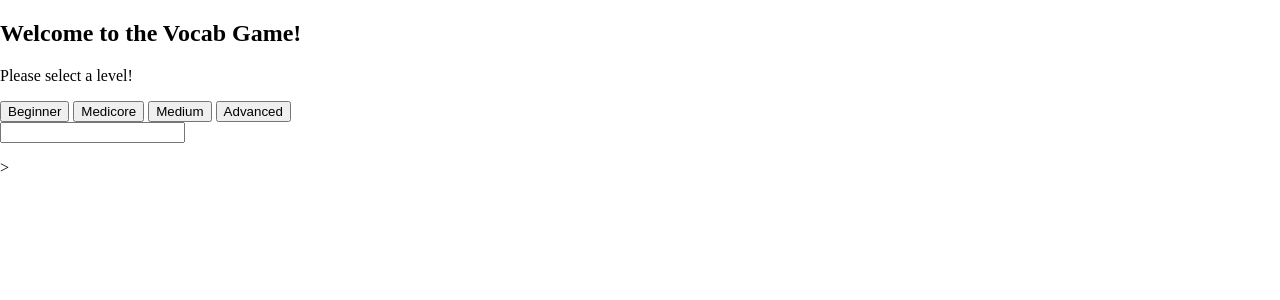
Repository: chimeconfused999/Vocabgame.github.io
Page: index.html
These files come from the project's save history. The page is drawn as it stood at one moment and after the next save; the edit follows.
The browser window is 1280 px wide. The pictures show the whole page.

Above is the page before, as saved 2022-07-09 19:11:07.
Console error: SyntaxError: Cannot use import statement outside a module

After the next save:
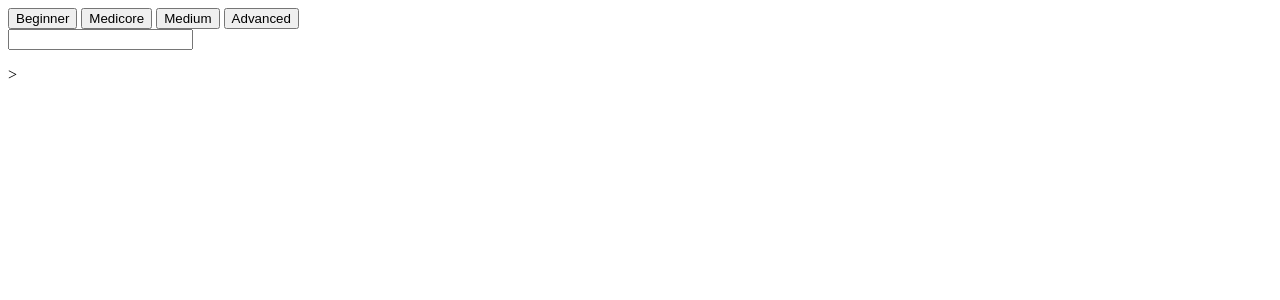
Saved 119 min 17 s later.
--- a/index.html
+++ b/index.html
@@ -8,91 +8,20 @@
     Vocab Game
 </title>
 
-<!--
-<style>
-  /* Center the loader */
-  #loader {
-    position: absolute;
-    left: 50%;
-    top: 50%;
-    z-index: 1;
-    width: 120px;
-    height: 120px;
-    margin: -76px 0 0 -76px;
-    border: 16px solid #f3f3f3;
-    border-radius: 50%;
-    border-top: 16px solid #3498db;
-    -webkit-animation: spin 2s linear infinite;
-    animation: spin 2s linear infinite;
-  }
-
-  @-webkit-keyframes spin {
-    0% { -webkit-transform: rotate(0deg); }
-    100% { -webkit-transform: rotate(360deg); }
-  }
-
-  @keyframes spin {
-    0% { transform: rotate(0deg); }
-    100% { transform: rotate(360deg); }
-  }
-
-  /* Add animation to "page content" */
-  .animate-bottom {
-    position: relative;
-    -webkit-animation-name: animatebottom;
-    -webkit-animation-duration: 1s;
-    animation-name: animatebottom;
-    animation-duration: 1s
-  }
-
-  @-webkit-keyframes animatebottom {
-    from { bottom:-100px; opacity:0 }
-    to { bottom:0px; opacity:1 }
-  }
-
-  @keyframes animatebottom {
-    from{ bottom:-100px; opacity:0 }
-    to{ bottom:0; opacity:1 }
-  }
-
-  #myDiv {
-    display: none;
-    text-align: center;
-  }
-  </style>
--->
-
   </head>
-  <body onload="myFunction()" style="margin:0;">
-
-  <div id="loader"></div>
-
-  <div style="display:none;" id="myDiv" class="animate-bottom">
-    <h2>Welcome to the Vocab Game!</h2>
-    <p>Please select a level!</p>
-  </div>
   <div id ="buttons" class="buttons">
-    <button id="Beginner" onclick="style.display = 'none'">Beginner</button>
+    <button id="Beginner  " onclick="style.display = 'none'">Beginner</button>
     <button id="Medicore" onclick="style.display = 'none'">Medicore</button>
     <button id="Medium" onclick="style.display = 'none'">Medium</button>
     <button id="Advanced" onclick="style.display = 'none'">Advanced</button>
   </div>
   <input id="output" type="text">
 
+
   <p></p>
 
 
   <script>
-  var myVar;
-
-  function myFunction() {
-    myVar = setTimeout(showPage, 3000);
-  }
-
-  function showPage() {
-    document.getElementById("loader").style.display = "none";
-    document.getElementById("myDiv").style.display = "block";
-  }
   document.querySelector('#buttons')
   .addEventListener('click', event => {
     let target = event.target;
